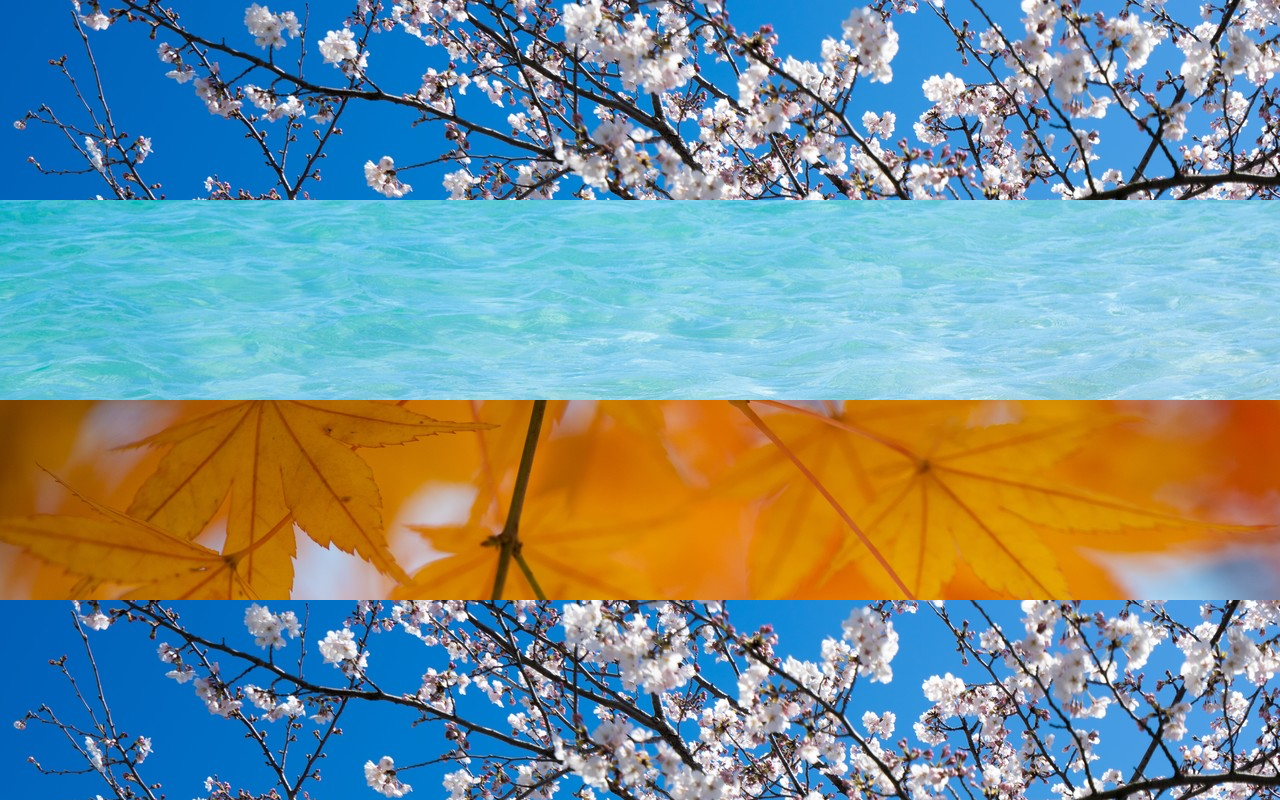
Repository: hayase-m/Webcamp
Page: chapter6/chapter6.html
The author's editor kept a record of every edit. The page is drawn from the files as they stood at one moment, then again after the next edit.
The browser window is 1280 px wide. The pictures show the whole page.

Above is the page before.

After the next edit:
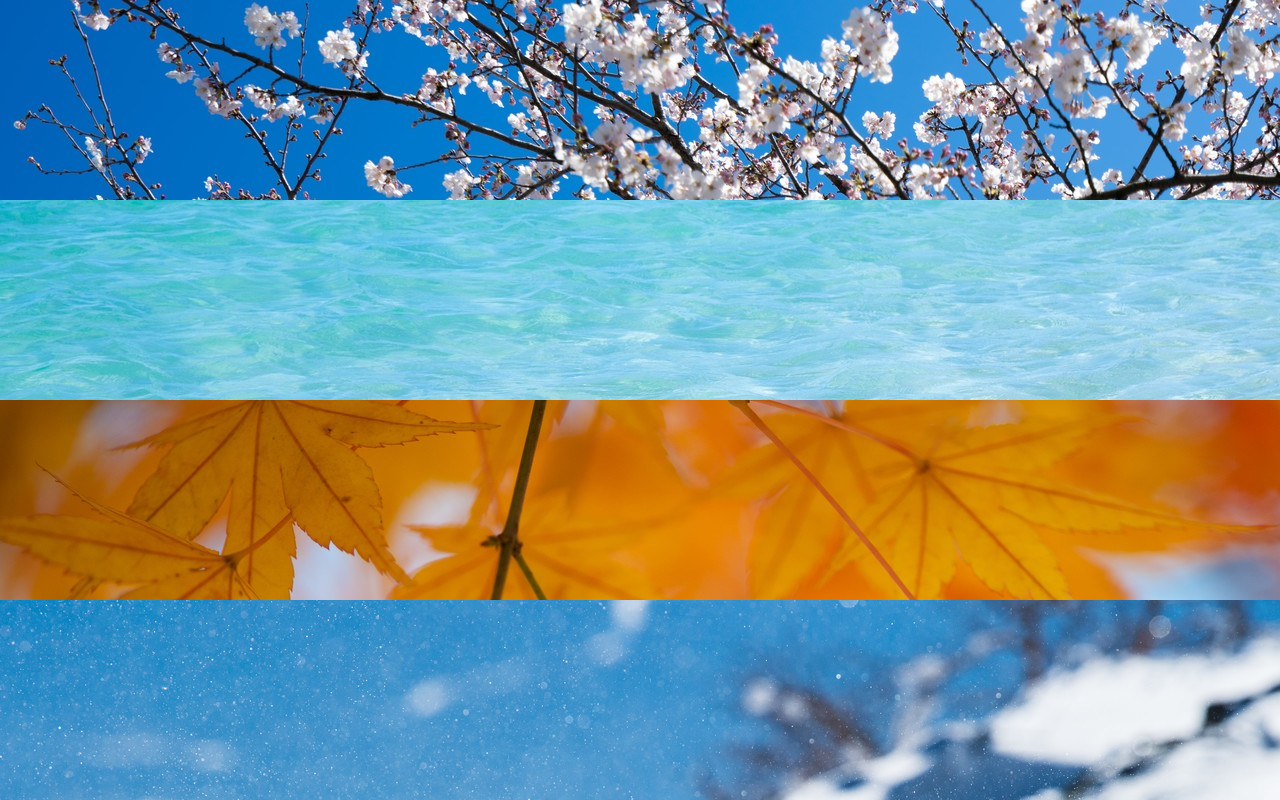
The edit:
--- a/chapter6/style.css
+++ b/chapter6/style.css
@@ -25,5 +25,5 @@
 .image4 {
   width: 100%;
   height: 200px;
-  background-image: url(img/box1.jpg)
+  background-image: url(img/box4.jpg)
 }
